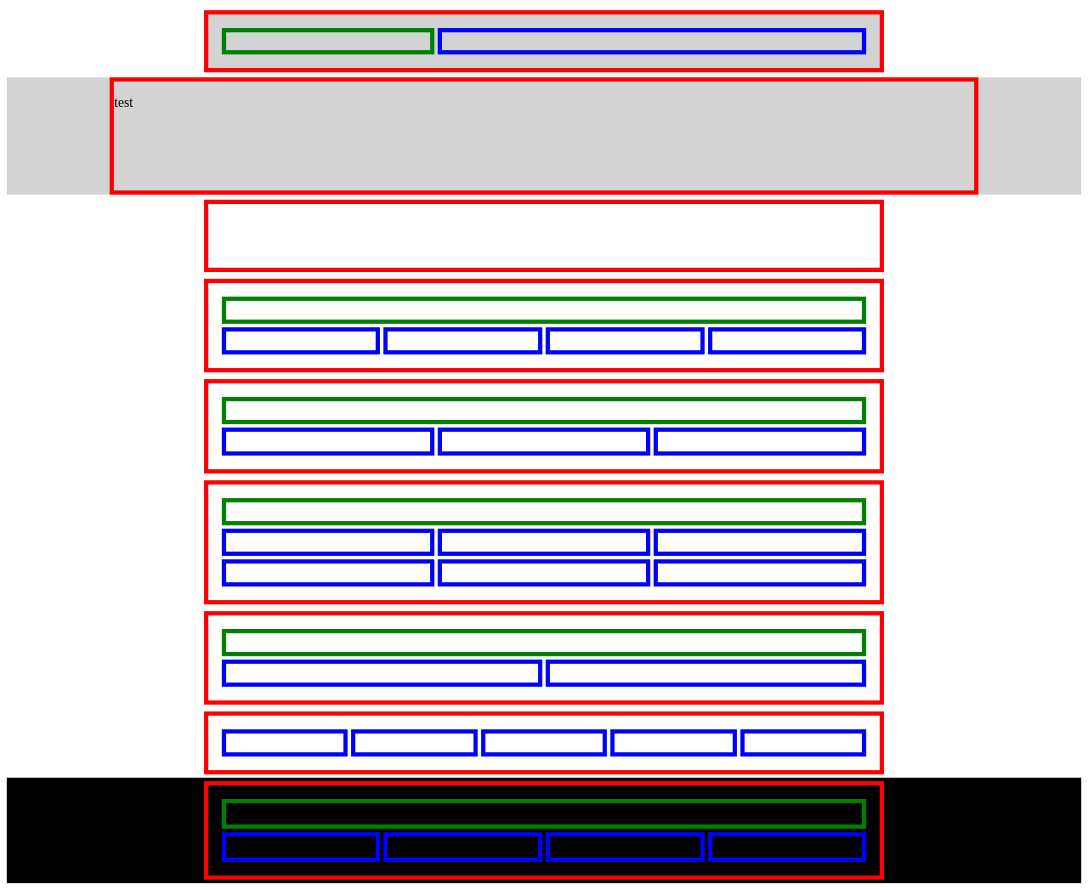
Repository: anderscederberg11/LAB2BG
Page: index.html
An editor plug-in stored every save of this project. The page is shown before and after the next save, followed by the edit.
The browser window is 1280 px wide. The pictures show the whole page, at 85% of full size.

Above is the page before, as saved 2024-01-30 23:05:07.

### index.html
<!doctype html>
<html class="no-js" lang="en">

<head>
  <meta charset="utf-8">
  <meta name="viewport" content="width=device-width, initial-scale=1">
  <title>Sebastians Wonderful Website</title>
  <link rel="stylesheet" href="css/style.css">
  <meta name="description" content="sebastians website">
  <meta property="og:title" content="Sebastians Wonderful Website">
  <meta property="og:type" content="website">
  <meta property="og:url" content="https://www.SebastianWebsite.com">
  <!--<meta property="og:image" content=""> -->

  <link rel="icon" href="/favicon.ico" sizes="any">
  <link rel="icon" href="/icon.svg" type="image/svg+xml">
  <link rel="apple-touch-icon" href="icon.png">

</head>
    <body class="displayContainer">

        <header class="headerContainer">
            <div class="headerTitleContainer">
                <h1 class="title"></h1>
            </div>
            <div class="headerImageContainer"></div>
        </header>

        <div class="sectionOne">
            <div class="sectionOneImage">
                <div class="sectionOneList">
                    <p>test</p>
                </div>
                <!-- image -->
            </div>
        </div>

        <div class="sectionTwo">
            <h1 class="title"></h1>
        </div>

        <div class="sectionThree">
            <div class="headerSectionThree">
                <h2 class="secondHeader"></h2>
                <h5 class="subHeader"></h5>
            </div>
            <div class="card"></div>
            <div class="card"></div>
            <div class="card"></div>
            <div class="card"></div>
        </div>

        <div class="sectionFour">
            <div class="headerSectionFour">
                <h2 class="secondHeader"></h2>
                <h5 class="subHeader"></h5>
            </div>
            <div class="card-special"></div>
            <div class="card"></div>
            <div class="card"></div>
        </div>

        <div class="sectionFive">
            <div class="headerSectionFive">
                <h2 class="secondHeader"></h2>
                <h5 class="subHeader"></h5>
            </div>
            <div class="card"></div>
            <div class="card"></div>
            <div class="card"></div>
            <div class="card"></div>
            <div class="card"></div>
            <div class="card"></div>
        </div>

        <div class="sectionSix">
            <div class="headerSectionSix">
                <h2 class="secondHeader"></h2>
                <h5 class="subHeader"></h5>
            </div>
            <div class="card-special"></div>
            <div class="card-special"></div>
        </div>

        <div class="sectionSeven">
            <div class="card"></div>
            <div class="card"></div>
            <div class="card"></div>
            <div class="card"></div>
            <div class="card"></div>
        </div>

        <footer class="footerContainer">
            <div class="sectionFooter">
                <div class="footerInfo"><h6></h6></div>
                <div class="footerInfoCard"><h4></h4></div>
                <div class="footerInfoCard"><h4></h4></div>
                <div class="footerInfoCard"><h4></h4></div>
                <div class="footerInfoCard"><h4></h4></div>
            </div>
        </footer>

    </body>
</html>

### css/style.css
.displayContainer{
  display:flex;
  flex-direction: column;
  align-items: center;
}

.card, .card-special {
  border: 5px solid blue;
}

.headerContainer{
  grid-template-columns: repeat(3, 1fr);
  background-color: lightgrey;
}

.headerTitleContainer{
  border: 5px solid green;
}

.headerImageContainer{
  grid-column: 2/4;
  border: 5px solid blue;
}

.sectionOne{
  display:flex;
  flex-direction: column;
  align-items: center;
  background-color: lightgrey;
  width:100%;
  border:none;
  margin:0.25vh;
}

.sectionOneList{

}

.sectionOneImage{
  width:80%;
  height:10vw;
  border: 5px solid red;
}

.headerContainer, .sectionTwo, .sectionThree, .sectionFour, .sectionFive, .sectionSix, .sectionSeven, .sectionFooter{
  display:grid;
  width:60%;
  grid-gap:0.25em;
  padding:1em;
  margin:0.25em;
  border: 5px solid red;
}
.headerSectionThree, .headerSectionFour, .headerSectionFive, .headerSectionSix, .footerInfo{
  border: 5px solid green;
}

.sectionThree, .sectionFooter{
  grid-template-columns: repeat(4, 1fr);
  grid-template-rows: repeat(2, 1fr);
}

.headerSectionThree, .footerInfo{
  grid-column: span 4;
}

.sectionFour{
  grid-template-columns: repeat(3, 1fr);
  grid-template-rows: repeat(2, 1fr);
}

.headerSectionFour{
  grid-column: span 3;
}

.sectionFive{
  grid-template-columns: repeat(3, 1fr);
  grid-template-rows: repeat(3, 1fr);
}

.headerSectionFive{
  grid-column: span 3;
}

.sectionSix{
  grid-template-columns: repeat(2, 1fr);
  grid-template-rows: repeat(2, 1fr);
}

.headerSectionSix{
  grid-column: span 2;
}

.sectionSeven{
  grid-template-columns: repeat(5, 1fr);
  height:31.51px; /*REMOVE*/
}

.footerContainer{
  display:flex;
  flex-direction: column;
  align-items: center;
  width:100%;
  background-color: black;
}

.sectionFooter{

}

.footerInfo{

}

.footerInfoCard{
  border: 5px solid blue;
}

@media screen and (max-width: 40em) {
  .sectionThree, .sectionFour, .sectionFooter, .sectionFive{
    grid-template-columns: repeat(2, 1fr);
    grid-template-rows: repeat(3, 1fr);
  }

  .headerSectionThree, .footerInfo, .headerSectionFour, .sectionFour .card-special, .headerSectionFive {
    grid-column: span 2;
  }

  .sectionFive{
    grid-template-rows: repeat(4, 1fr);
  }

  .sectionSix{
    grid-template-columns: repeat(1, 1fr);
    grid-template-rows: repeat(3, 1fr);
  }

  .headerSectionSix{
    grid-column: span 1;
  }

}

After the next save:
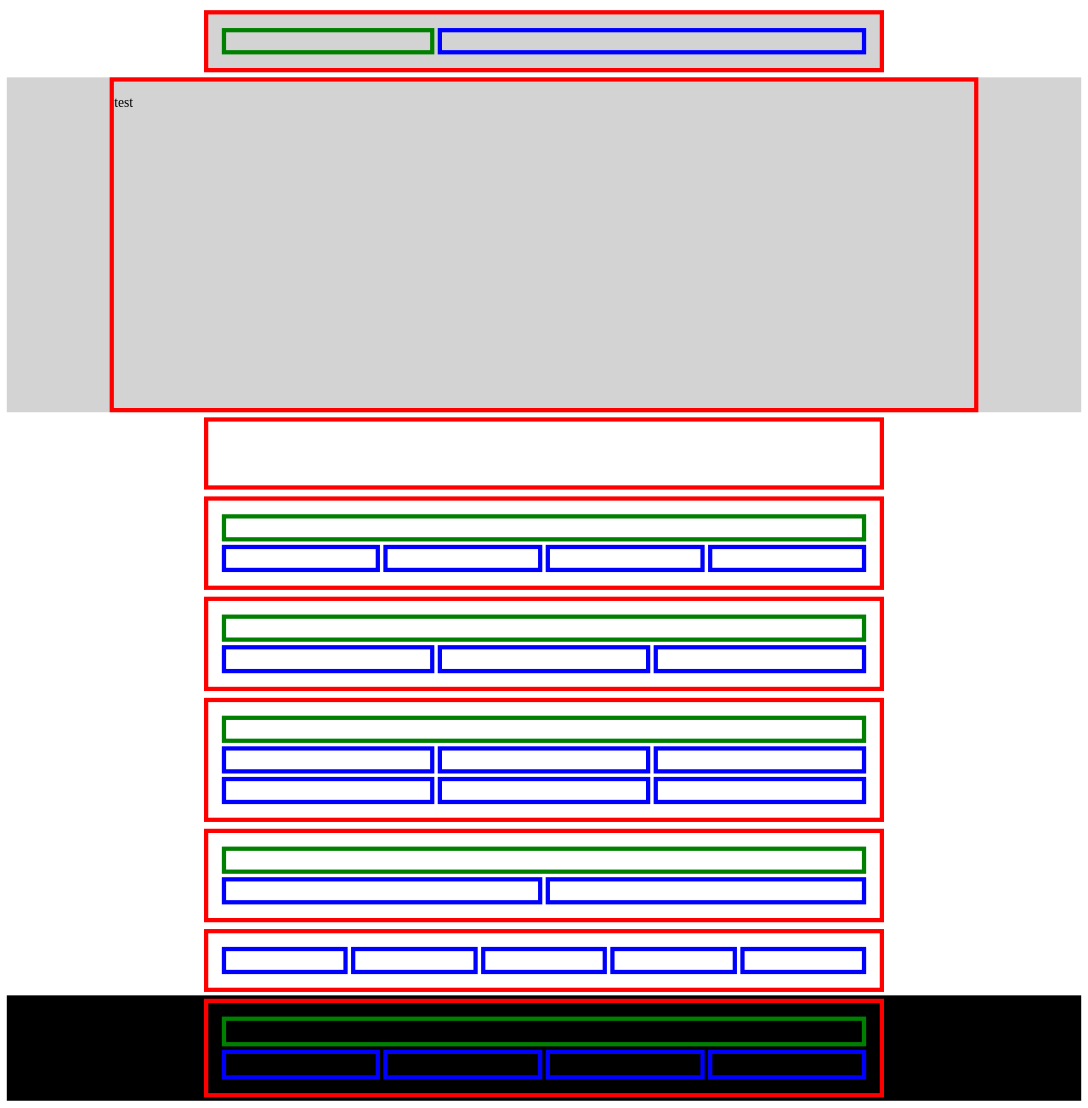
Saved 10 s later.
--- a/css/style.css
+++ b/css/style.css
@@ -38,7 +38,7 @@
 
 .sectionOneImage{
   width:80%;
-  height:10vw;
+  height:30vw;
   border: 5px solid red;
 }
 
